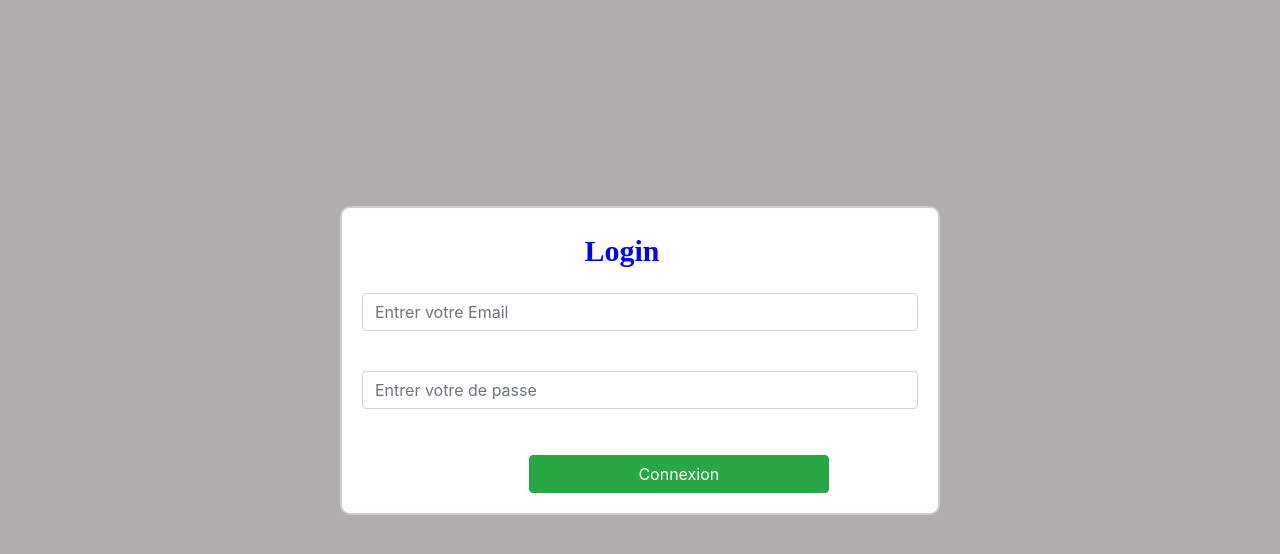
Repository: DiaryRz/FrontWeb
Page: /
An editor plug-in stored every save of this project. The page is shown before and after the next save, followed by the edit.
The browser window is 1280 px wide. The pictures show the whole page.
The project was rebuilt for these pictures with package versions that can differ from the ones it lists, and the page was loaded fresh each time. Also part of the build but not shown: src/component/css/Header.css, src/component/Header.jsx, src/page/css/AppAffichage.css, src/component/css/NavBar.css, src/component/NavBar.jsx, src/component/css/Model.css, src/component/InsertModel.jsx, src/page/AppAffichage.jsx and 26 more.

Above is the page before, as saved 2024-01-28 21:06:48.

### src/App.js
import AppAffichage from './page/AppAffichage';
import Liste from './page/Carburant';
import InsertionBoiteDeVitesse from './page/BoiteDeVitesse';
import InsertionLieu from './page/Lieu';
import InsertionMarque from './page/Marque';
import ListeDesLieux from './page/SelectLieu';
import Login from './component/Login';
import InsertionCategorie from './component/InsertionCategorie';
import ListeCarburant from './page/ListeCarburant';
import ListeCategorie from './page/ListeCategorie';
import Recherche from './page/Recherche';
import AnnonceAValider from './page/AnnonceAValiderPage';
import Chart from './page/ChartPage';
import { BrowserRouter, Route, Routes } from 'react-router-dom';
import ListeDesVit from './page/ListeBoiteDeVitessePage';
import ListeDesMar from './page/ListeMarquePage';

function App() {
  return (
    <div className="App">
      <BrowserRouter>
        <Routes>
          <Route path='/' element = {<Login/> }></Route>
          <Route path='/insertionModel' element={ <AppAffichage /> }></Route>     {/* Insertion model */}
          <Route path='/InsertionCarburant' element={ <Liste /> }></Route>
          <Route path='/InsertionBoiteDeVitesse' element={ <InsertionBoiteDeVitesse /> }></Route>
          <Route path='/InsertionLieu' element={ <InsertionLieu /> }></Route>
          <Route path='/InsertionMarque' element={ <InsertionMarque /> }></Route>
          <Route path='/SelectLieu' element={ <ListeDesLieux /> }></Route>
          <Route path='/insertionCategorie' element = {<InsertionCategorie/> }></Route>
          <Route path='/ListeCarburant' element = {<ListeCarburant/> }></Route>
          <Route path='/Recherche' element = {<Recherche/> }></Route>
          <Route path='/ListeCategorie' element = {<ListeCategorie/> }></Route>
          <Route path='/ListeBoiteVitesse' element = {<ListeDesVit/> }></Route>
          <Route path='/ListeMarque' element = {<ListeDesMar/> }></Route>
          <Route path='/AnnonceAValider' element = {<AnnonceAValider/> }></Route>
          <Route path='/statistic' element = {<Chart/> }></Route>
        </Routes>
      </BrowserRouter>
    </div>
  );
}

export default App;

### src/component/Login.js
import React, { useState } from 'react';
import { useNavigate } from 'react-router-dom';


 /* Login.css */
 const loginContainer = {
    display:'flex',
    justifyContent: 'center',
    alignItems: 'center',
    height: '100vh',
    background: '#b2adad',
};


const loginForm = {
    width: '600px',
    padding: '20px',
    border: '2px solid #ccc',
    borderRadius:'10px',
    backgroundColor: 'white',

};

const Login = () => {
    const [nomUtilisateur, setnomUtilisateur] = useState('');
    const [mdp, setmdp] = useState('');
    const navigate = useNavigate();

    const Inserer = async (e) => {
        e.preventDefault();
        const lieu = { nomUtilisateur, mdp };

        try {
            const response = await fetch('http://localhost:8081/utilisateurs/verifierUser', {
                method: 'POST',
                headers: { 'Content-Type': 'application/json' },
                body: JSON.stringify(lieu),
            });

            if (!response.ok) {
                throw new Error(`Erreur lors de la requête : ${response.status}`);
            } else {
                const responseData = await response.text();

                localStorage.setItem("token", responseData);
                console.log(localStorage.getItem("token"));
                navigate('/insertionModel');
            }
        } catch (error) {
            console.error('Une erreur s\'est produite lors de la requête :', error.message);
            // Vous pouvez ajouter ici la gestion de l'erreur, par exemple afficher un message à l'utilisateur.
        }
    };


    return (
        <form onSubmit={Inserer}>
           <div style={loginContainer}>
                    <form style={loginForm}>
                        <div style={{ fontSize: '30px',fontFamily:'serif', marginBottom: '20px' ,color:'blue',marginLeft:'40%'}}><b>Login</b></div>
                        <div className="mb-3">
                            <input type="email" className="form-control" placeholder="Entrer votre Email" value={nomUtilisateur} onChange={(e) => setnomUtilisateur(e.target.value)} />
                        </div>
                        <div className="mb-3" style={{marginTop:'40px'}}>
                            <input type="password" className="form-control" placeholder="Entrer votre de passe" value={mdp} onChange={(e) => setmdp(e.target.value)} />
                        </div>
                        <button type="submit" className="btn btn-success" style={{width:'300px',marginTop:'30px',marginLeft:'30%'}}>
                            Connexion
                        </button>
                    </form>

                </div>
        </form>
    );
};

export default Login;

Loaded but not shown: public/index.html (common file); src/index.js (common file); src/index.css (common file); src/reportWebVitals.js (common file); src/assets/bootstrap/css/bootstrap.min.css (library)

After the next save:
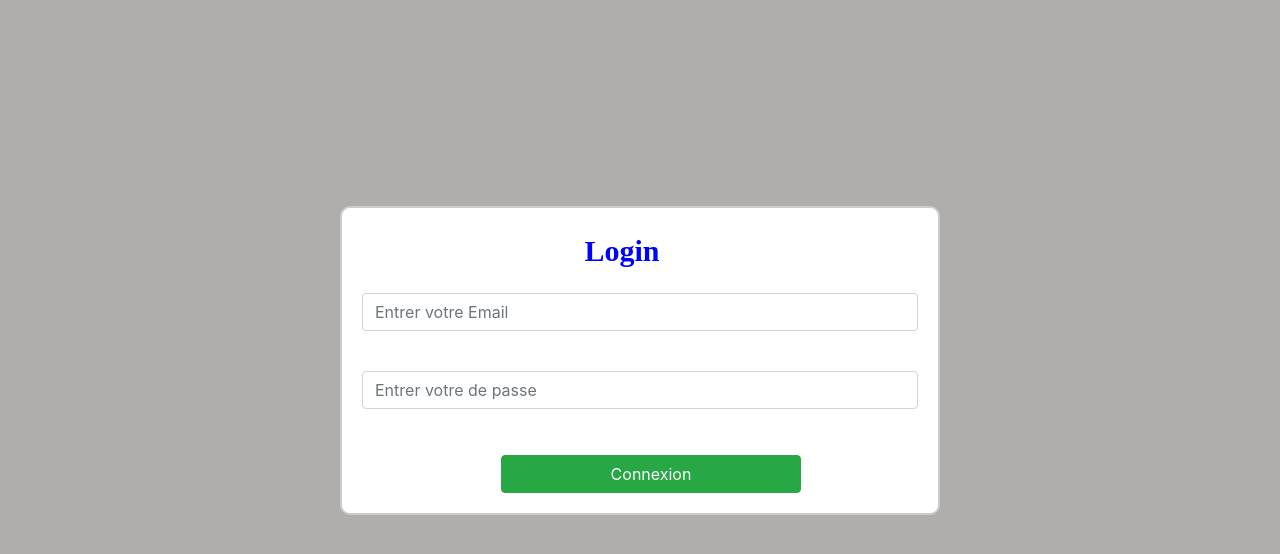
Saved 10 s later.
--- a/src/component/Login.js
+++ b/src/component/Login.js
@@ -64,7 +64,7 @@ const Login = () => {
                         <div className="mb-3" style={{marginTop:'40px'}}>
                             <input type="password" className="form-control" placeholder="Entrer votre de passe" value={mdp} onChange={(e) => setmdp(e.target.value)} />
                         </div>
-                        <button type="submit" className="btn btn-success" style={{width:'300px',marginTop:'30px',marginLeft:'30%'}}>
+                        <button type="submit" className="btn btn-success" style={{width:'300px',marginTop:'30px',marginLeft:'25%'}}>
                             Connexion
                         </button>
                     </form>
